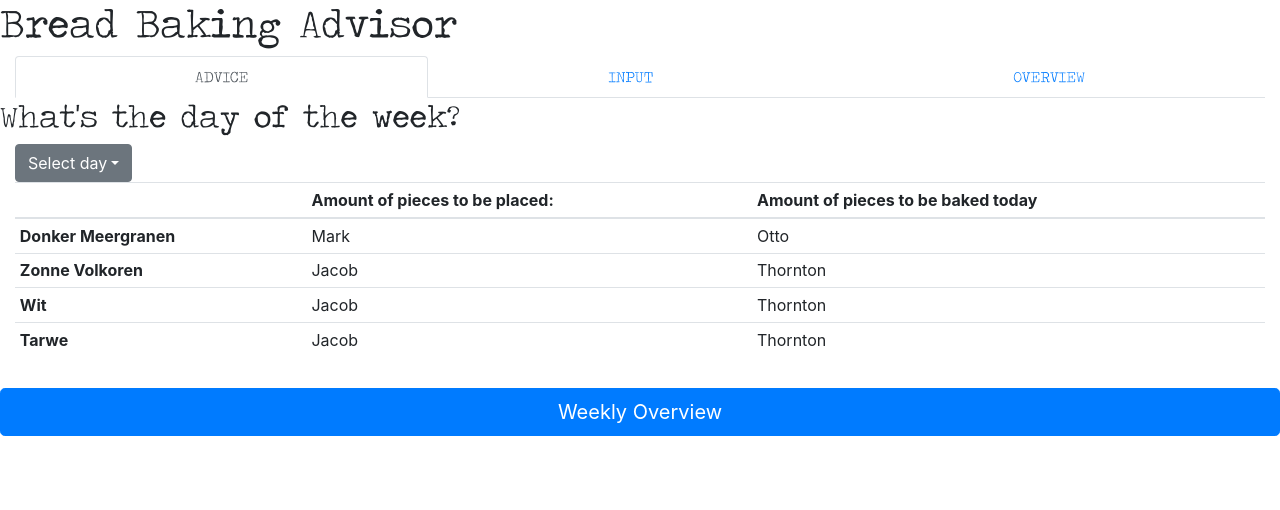
Repository: MarthGimenzo/bread-baking-advisor
Page: index.html
The author's editor kept a record of every edit. The page is drawn from the files as they stood at one moment, then again after the next edit.
The browser window is 1280 px wide. The pictures show the whole page.

Above is the page before.

### index.html
<!doctype html>
<html lang="en">

<head>
    <!-- Required meta tags -->
    <meta charset="utf-8">
    <meta name="viewport" content="width=device-width, initial-scale=1, shrink-to-fit=no">

    <!-- Bootstrap CSS -->
    <link rel="stylesheet" href="https://stackpath.bootstrapcdn.com/bootstrap/4.3.1/css/bootstrap.min.css" integrity="sha384-ggOyR0iXCbMQv3Xipma34MD+dH/1fQ784/j6cY/iJTQUOhcWr7x9JvoRxT2MZw1T" crossorigin="anonymous">
    <link rel="stylesheet" href="" type="text/css" />
    <link rel="stylesheet" href="assets/css/stylesheet.css" type="text/css" charset="utf-8" />
    <title>Bread Baking Advisor</title>
</head>

<body>

    <h1>Bread Baking Advisor</h1>
    <div class="container-fluid">
        <ul class="nav nav-tabs nav-fill">
            <li class="nav-item">
                <a class="nav-link active" href="#">ADVICE</a>
            </li>
            <li class="nav-item">
                <a class="nav-link" href="#">INPUT</a>
            </li>
            <li class="nav-item">
                <a class="nav-link" href="#">OVERVIEW</a>
            </li>
        </ul>
    </div>
    <h2>What's the day of the week?</h2>
    <div class="container-fluid">
        <div class="dropdown">
            <button class="btn btn-secondary dropdown-toggle" type="button" id="dropdownMenuButton" data-toggle="dropdown" aria-haspopup="true" aria-expanded="false">Select day</button>
            <div class="dropdown-menu" aria-labelledby="dropdownMenuButton">
                <a class="dropdown-item" href="#">Tuesday</a>
                <a class="dropdown-item" href="#">Wednesday</a>
                <a class="dropdown-item" href="#">Thursday</a>
                <a class="dropdown-item" href="#">Friday</a>
                <a class="dropdown-item" href="#">Saturday</a>
                <a class="dropdown-item" href="#">Sunday</a>
            </div>
        </div>
    </div>
    <div class="container-fluid">
        <table class="table table-sm">
            <thead>
                <tr>
                    <th scope="col"></th>
                    <th scope="col">Amount of pieces to be placed:</th>
                    <th scope="col">Amount of pieces to be baked today</th>

                </tr>
            </thead>
            <tbody>
                <tr>
                    <th scope="row">Donker Meergranen</th>
                    <td>Mark</td>
                    <td>Otto</td>
                </tr>
                <tr>
                    <th scope="row">Zonne Volkoren</th>
                    <td>Jacob</td>
                    <td>Thornton</td>
                </tr>
                <tr>
                    <th scope="row">Wit</th>
                    <td>Jacob</td>
                    <td>Thornton</td>
                </tr>
                <tr>
                    <th scope="row">Tarwe</th>
                    <td>Jacob</td>
                    <td>Thornton</td>
                </tr>
            </tbody>
        </table>
    </div>
<footer class="footer mt-auto py-3">
    <button type="button" class="btn btn-primary btn-lg btn-block">Weekly Overview</button>
</footer>



    <!-- Optional JavaScript -->
    <!-- jQuery first, then Popper.js, then Bootstrap JS -->
    <script src="https://code.jquery.com/jquery-3.3.1.slim.min.js" integrity="sha384-q8i/X+965DzO0rT7abK41JStQIAqVgRVzpbzo5smXKp4YfRvH+8abtTE1Pi6jizo" crossorigin="anonymous"></script>
    <script src="https://cdnjs.cloudflare.com/ajax/libs/popper.js/1.14.7/umd/popper.min.js" integrity="sha384-UO2eT0CpHqdSJQ6hJty5KVphtPhzWj9WO1clHTMGa3JDZwrnQq4sF86dIHNDz0W1" crossorigin="anonymous"></script>
    <script src="https://stackpath.bootstrapcdn.com/bootstrap/4.3.1/js/bootstrap.min.js" integrity="sha384-JjSmVgyd0p3pXB1rRibZUAYoIIy6OrQ6VrjIEaFf/nJGzIxFDsf4x0xIM+B07jRM" crossorigin="anonymous"></script>
</body>

</html>

### assets/css/stylesheet.css
/*! Generated by Font Squirrel (https://www.fontsquirrel.com) on October 22, 2019 */

@font-face {
    font-family: 'traveling__typewriterregular';
    src: url('fonts/travelingtypewriter-webfont.woff2') format('woff2'),
         url('fonts/travelingtypewriter-webfont.woff') format('woff');
    font-weight: normal;
    font-style: normal;

}

h1 {
    font-family: 'traveling__typewriterregular', Arial, sans-serif;

}
h2 {
    font-family: 'traveling__typewriterregular', Arial, sans-serif;

}
a {
    font-family: 'traveling__typewriterregular', Arial, sans-serif;

}

After the next edit:
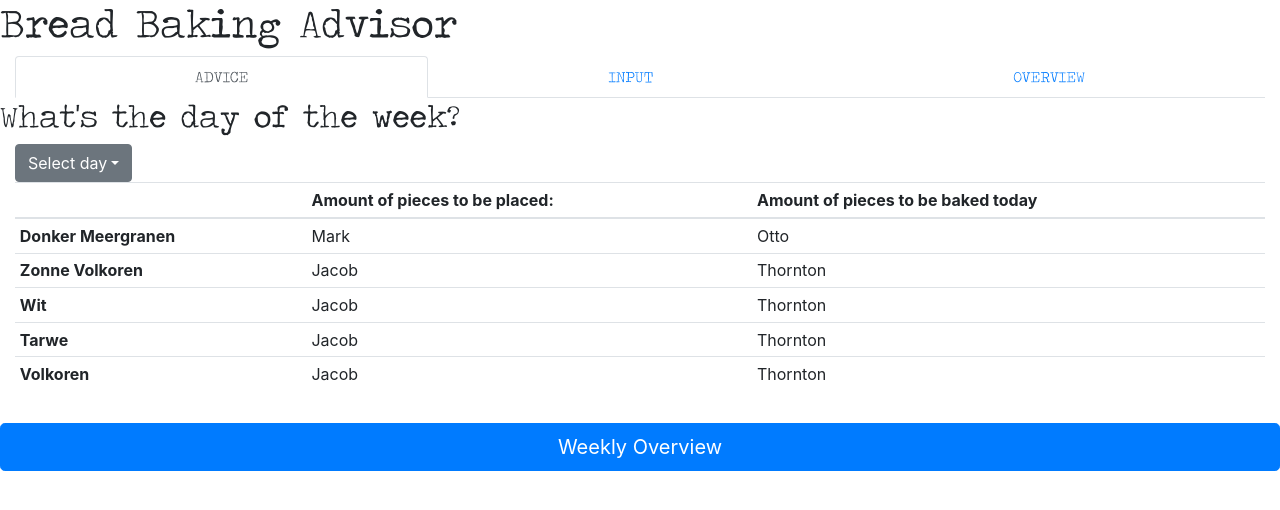
The edit:
--- a/index.html
+++ b/index.html
@@ -74,6 +74,11 @@
                     <td>Jacob</td>
                     <td>Thornton</td>
                 </tr>
+                <tr>
+                    <th scope="row">Volkoren</th>
+                    <td>Jacob</td>
+                    <td>Thornton</td>
+                </tr>
             </tbody>
         </table>
     </div>
